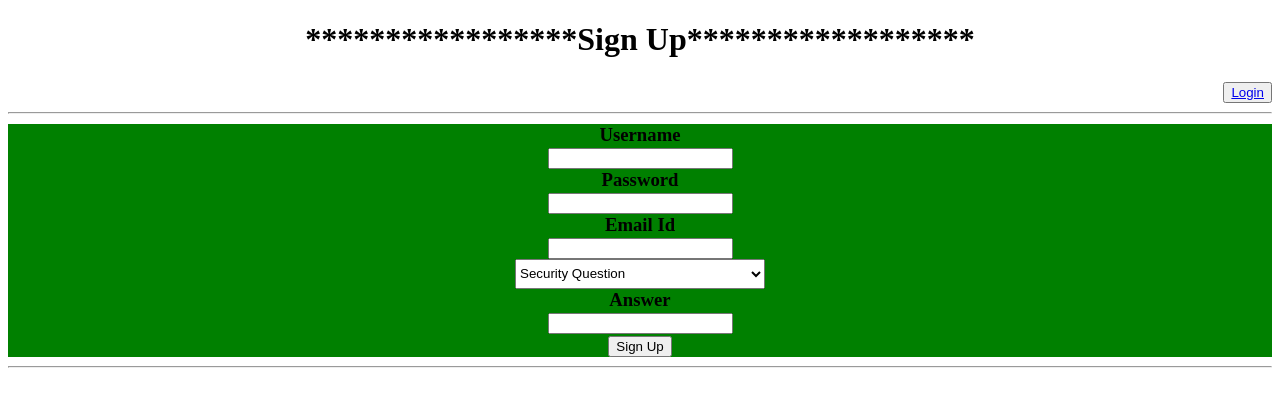
Repository: ShikhaRawat6/mail_simulation
Page: http://localhost/Mail_Simulation/WEB-INF/view/registration.jsp
An editor plug-in stored every save of this project. The page is shown before and after the next save, followed by the edit.
The browser window is 1280 px wide. The pictures show the whole page.
The page is served by Tomcat 9. Nobody is signed in. The template is opened directly, without the code that normally fills it, so the values that code supplies are empty.

Above is the page before, as saved 2020-01-30 14:22:08.

After the next save:
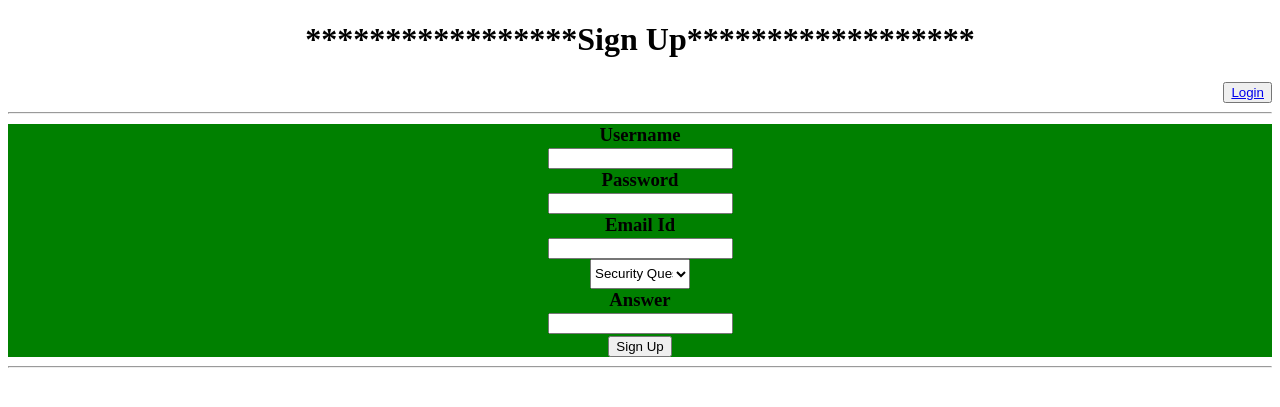
Saved 18 s later.
--- a/Mail_Simulation/WebContent/WEB-INF/view/registration.jsp
+++ b/Mail_Simulation/WebContent/WEB-INF/view/registration.jsp
@@ -36,7 +36,7 @@
 				 </label> <br> <input type="text" name="scrqn" id="scrqn" required="required">
 			</div> -->
 			<div style="background-color: green";>
-			<select name='scrqn' id='scrqn' required="required" style="width: 250px; height: 30px">
+			<select name='scrqn' id='scrqn' required="required" style="width: 100px; height: 30px">
 			<option value='' selected disabled style="background-color: green";>Security Question</option>
 			<option value="1">What's your pet name?</option>
 			<option value="2">Who's your favourite actor?</option>
